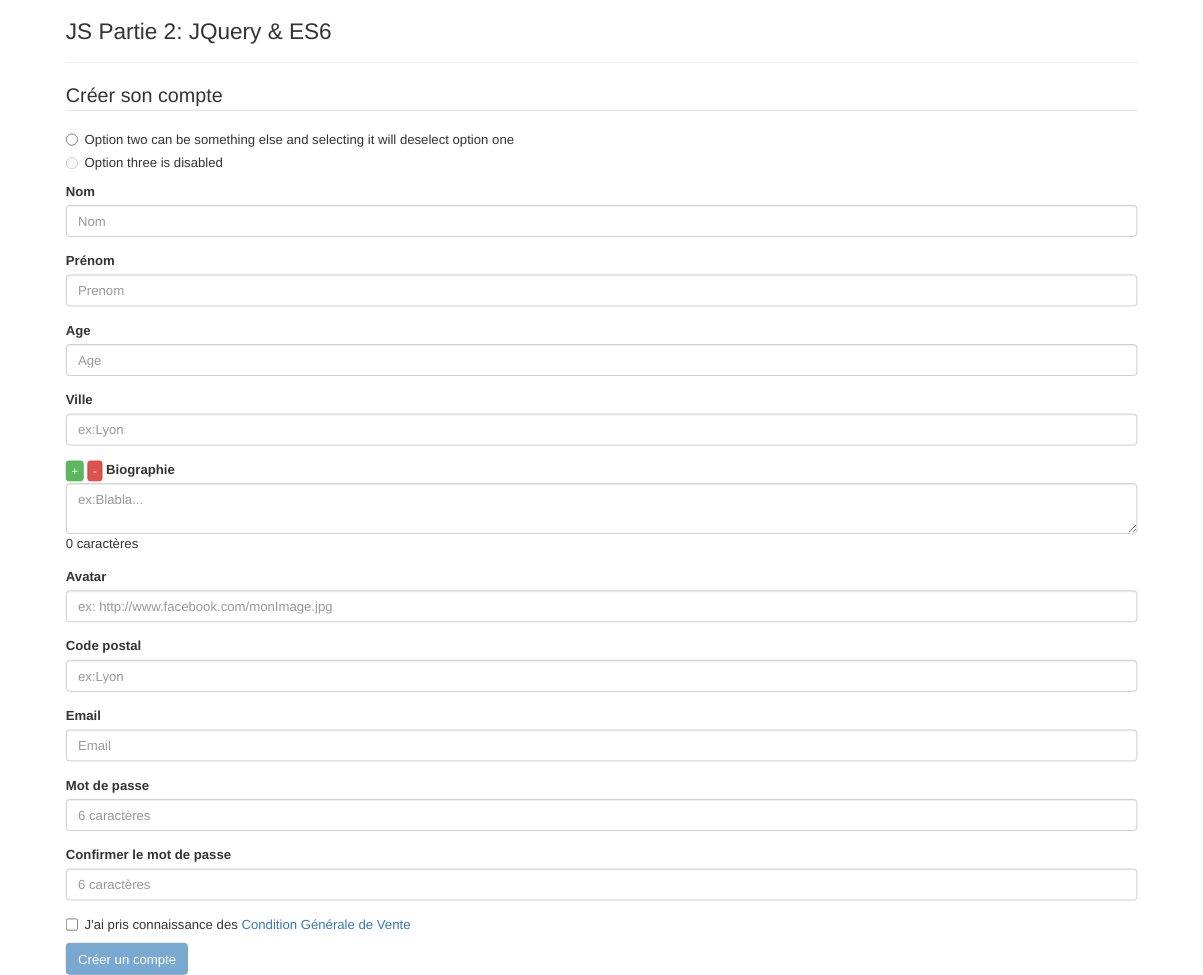
Repository: Symfomany/WildJQueryForm
Page: index.html
These files come from the project's save history. The page is drawn as it stood at one moment and after the next save; the edit follows.
The browser window is 1280 px wide. The pictures show the whole page, at 94% of full size.

Above is the page before, as saved 2017-03-06 07:03:30.

After the next save:
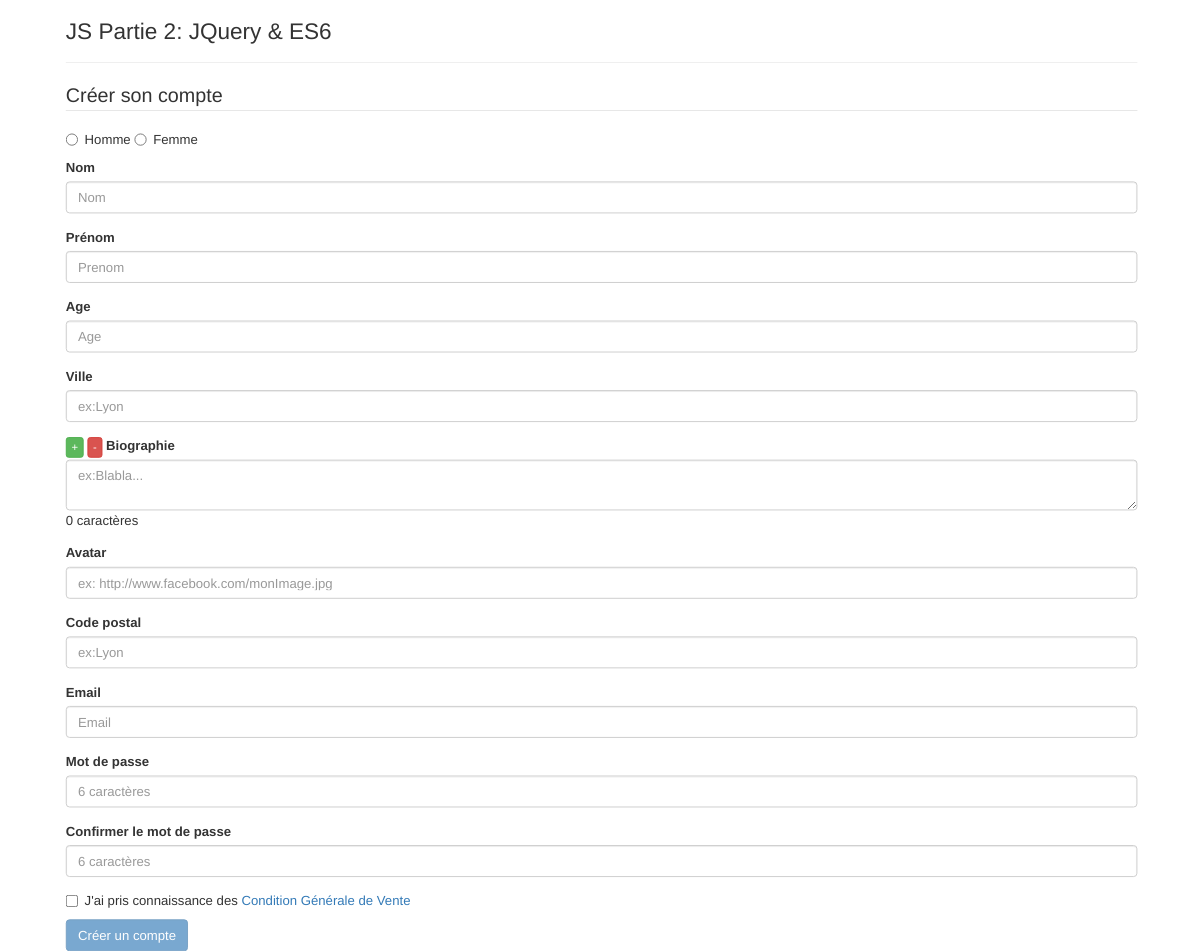
Saved 35 s later.
--- a/index.html
+++ b/index.html
@@ -23,14 +23,12 @@
 
             <div class="radio">
                 <label>
-                    <input type="radio" name="optionsRadios" id="optionsRadios2" value="option2">
-                    Option two can be something else and selecting it will deselect option one
+                    <input type="radio" name="sexe" id="homme" value="homme">
+                    Homme
                 </label>
-            </div>
-            <div class="radio disabled">
                 <label>
-                    <input type="radio" name="optionsRadios" id="optionsRadios3" value="option3" disabled>
-                    Option three is disabled
+                    <input type="radio" name="sexe" id="femme" value="femme" >
+                    Femme
                 </label>
             </div>
 
